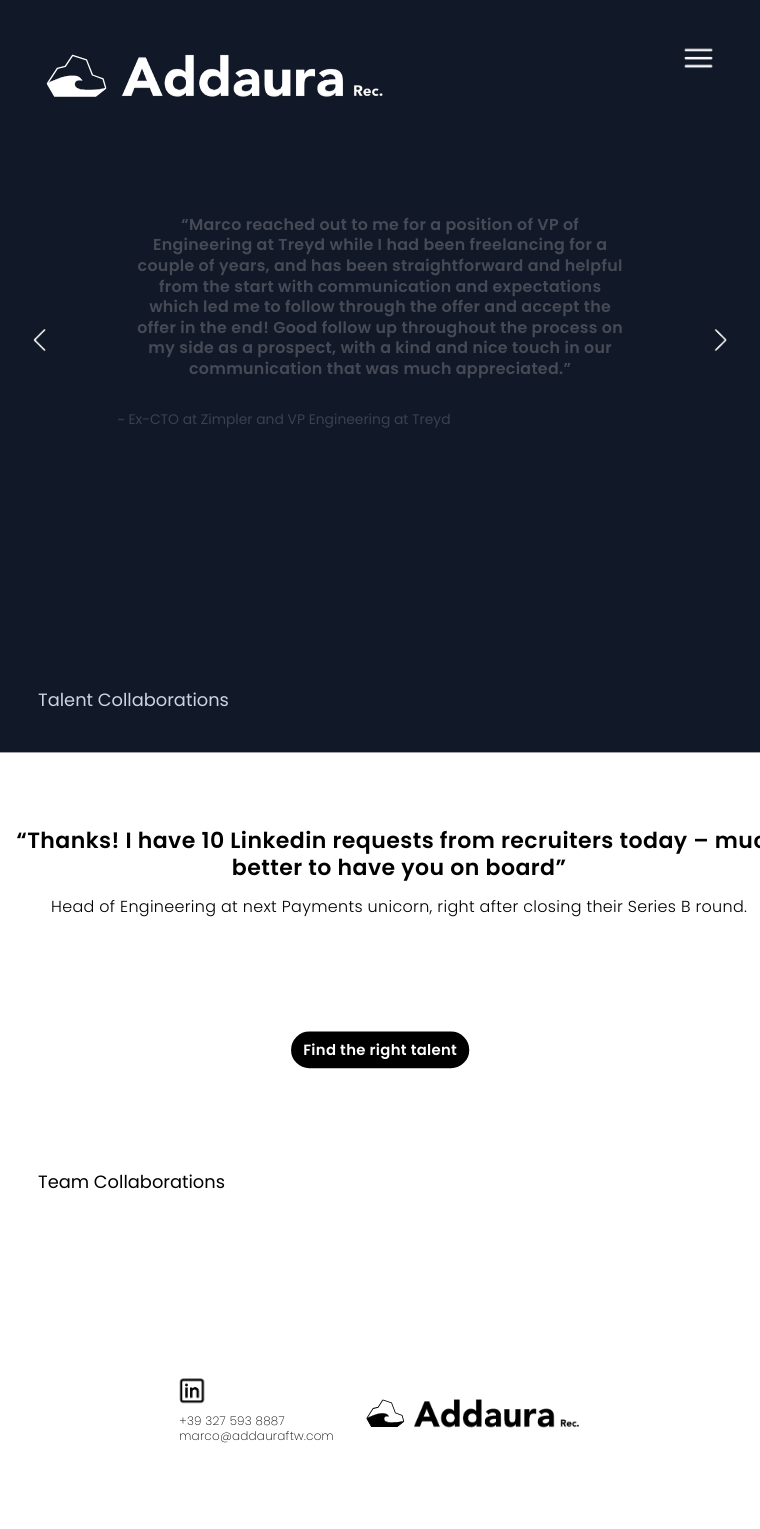
Repository: UnatPannu/Addaura-Trial
Page: public/clients.html
The author's editor kept a copy of each file at every save. The page is drawn from the files as they stood at one save, then again after the next save.
The browser window is 768 px wide. The pictures show the whole page, at 99% of full size.

Above is the page before, as saved 2025-09-22 19:41:58.

### public/clients.html
<!DOCTYPE HTML>
<html>
    <head>
        <meta charset="UTF-8">
        <meta name="viewport" content="width=device-width, initial-scale=1.0">
        <link rel="preconnect" href="https://fonts.googleapis.com">
        <link rel="preconnect" href="https://fonts.gstatic.com" crossorigin>
        <link href="https://fonts.googleapis.com/css2?family=Montserrat:ital,wght@0,100..900;1,100..900&family=Poppins:ital,wght@0,100;0,200;0,300;0,400;0,500;0,600;0,700;0,800;0,900;1,100;1,200;1,300;1,400;1,500;1,600;1,700;1,800;1,900&display=swap" rel="stylesheet">
        <link rel="stylesheet" href="styles/styles.css">
        <link rel="stylesheet" href="styles/clients.css">
        <title>Clients - Addaura Rec</title>
        <link rel="icon" href="assets/Addaura-logo/rock.svg" media="(prefers-color-scheme: light)">
        <link rel="icon" href="assets/Addaura-logo/rock-dark.svg" media="(prefers-color-scheme: dark)">
    </head>
    <body class="clients">
        <div class="top-section">
        <header>
        <nav class="navbar" role="navigation" aria-label="Main navigation">
             <a href="index.html" class="mobile-logo">
                <img src="assets/Addaura-logo/logo.svg" alt="Addaura Logo" />
            </a>
                <button class="nav-toggle" aria-label="Toggle menu">
                    <span class="menu-icon"><img src="assets/Icons/nav-toggle.png"/></span>
                    <span class="close-icon"><img src="assets/Icons/nav-cross-white.png"/></span>
                </button>
            <div class="nav-menu">
                <ul class="nav-links">
                    <li><a href="index.html"><img src="assets/Addaura-logo/logo.svg" alt="Addaura Logo" id="nav-logo"/></a></li>
                    <li><a href="about-me.html">About Me</a></li>
                    <li><a href="services.html">Services</a></li>
                    <li id="active"><a href="clients.html">Clients</a></li>
                    <li><a href="contact.html">Contact</a></li>
                    <li><a href="#">Blog</a></li>
                    <li><a href="send-cv.html" id="cv-button">Send CV</a></li>
                </ul>
            </div>
        </nav>
        </header>
        <section class="testimonials-section">
  <div class="testimonials-wrapper">
    <button class="arrow left"><img src="assets/Icons/left-arrow.svg" alt="Prev"></button>
    <div class="testimonial-2 fade">
      <p>“I've had the pleasure of engaging with Marco in his role as recruiter and find him to be a diligent, persistent and focused individual.”</p>
      <span>~ Ex-Klarna, Spotify, and Volvo Cars Engineering and Product leader</span>
    </div>
    <button class="arrow right"><img src="assets/Icons/right-arrow.svg" alt="Next"></button>
  </div>
</section>
</div>
    <div class="bottom-text">Talent Collaborations</div>
    </section>
            <div class="logo-container dark">
                <div class="testimonial-logo"><img src="assets/Client logos/profile-centevo.png" alt="Profile Centevo"/></div>
                <div class="testimonial-logo"><img src="assets/Client logos/flatpay.png" alt="Flatpay"/></div>
                <div class="testimonial-logo"><img src="assets/Client logos/ratepay.png" alt="Ratepay"/></div>
                <div class="testimonial-logo"><img src="assets/Client logos/treyd.png" alt="Treyd"/></div>
                <div class="testimonial-logo"><img src="assets/Client logos/yabie.png" alt="Yabie"/></div>
                <div class="testimonial-logo"><img src="assets/Client logos/paycomplete.png" alt="PayComplete"/></div>
            </div>
        <div class="team-section">
            <h4>“Thanks! I have 10 Linkedin requests from recruiters today – much better to have you on board”</h4>
            <p>Head of Engineering at next Payments unicorn, right after closing their Series B round.</p>
            <a href="contact.html"><button class="mobile-cta">Find the right talent</button></a>
            <div class="bottom-text">Team Collaborations</div>
        </div>

        <footer>
            <div class="contact-info">
                <div class="footer-logos">
                    <a href="http://linkedin.com/in/marco-mannino-053960225"><img src="assets/Footer/linkedin-icon.png" alt="Linkedin"/></a>
                </div>
                <p>+39 327 593 8887</p>
                <p>marco@addauraftw.com</p>
            </div>
            <img src="assets/Addaura-logo/logo-black.svg" alt="Addaura" id="Addaura-logo"/>
        </footer>
        <script src="scripts/script.js"></script>
        <script src="scripts/clients.js"></script>
    </body>
    </html>

### public/styles/clients.css
/*Top Section*/
.clients .top-section{
  background-color: #111827;
  height:95vh;
}
.testimonials-section {
  display: flex;
  flex-direction: column;
  justify-content: center;
  align-items: center;
  height: 100vh; /* full height */
  position: relative;
  padding: 20px;
  box-sizing: border-box;
}
.testimonials-wrapper {
  display: flex;
  align-items: center;
  justify-content: center;
  margin-bottom:10%;
  max-width: 900px;
  width: 100%;
  position: relative;
}
.testimonial-2 {
  max-width: 80%;
  text-align: center;
  color:white;
  padding-bottom:5%;
}
.testimonial-2 p {
  font-size: clamp(1.1rem, 1.25vw, 1.5rem); /* ≈ 24px */
  font-weight: var(--semi-bold);
  line-height: 1.5;
  margin-bottom: 5%;
}
.testimonial-2 span {
  font-size: clamp(0.8rem, 0.9vw, 1.06rem);
  color: #cbd5e1;
}
.arrow {
  background: none;
  border: none;
  padding: 0;
  cursor: pointer;
  display: flex;
  align-items: center;
}
.arrow img {
  width: 18px;    /* adjust thinness */
  height: auto;
  opacity: 0.9;
  transition: opacity 0.3s;
}
.arrow:hover img {
  opacity: 0.6;
}
.arrow.left {
  position: absolute;
  left: -50px; /* adjust for layout */
  top: 50%;
  transform: translateY(-50%);
}
.arrow.right {
  position: absolute;
  right: -50px;
  top: 50%;
  transform: translateY(-50%);
}
.fade {
  animation: fadeEffect 0.6s;
}
/*Team Collaborations*/
.team-section{
  width:100vw;
  height:50vh;
  position:relative;
  margin-top:10%;
  margin-bottom:8%;
  text-align:center;
}
.team-section p{
  font-weight:300;
}
.team-section h4,.team-section p{
  width:40%;
  margin-inline:auto;
  margin-bottom:2%;
}
.team-section .bottom-text{
  color:black;
  position:absolute;
  bottom:30px;
}
.logo-container.dark {
  overflow: auto;
  scrollbar-width: none;
  -ms-overflow-style: none;
  background-color: white;
  gap: 5%;
  padding: 2%;
  margin-left: -7%;
  margin-top:1%;
}
.logo-container.dark .testimonial-logo {
  background-color: #111827; /* switched */
}
.logo-container.dark::-webkit-scrollbar {
  display: none;
}
.bottom-text {
  position: absolute;
  left: 5%;
  bottom:10%;
  font-size: 0.75rem;
  color: #cbd5e1;
  z-index:2;
}
.mobile-cta{
  display:none;
}
@media (max-width: 1024px) {
.arrow.left {
    left: 10px;   /* keep inside */
  }
  .arrow.right {
    right: 10px;  /* keep inside */
  }
  .arrow img {
    width: 20px;  /* a bit smaller for mobile */
    padding-inline:15%;
  }
  .testimonial-2 p{
    max-width: 90%;
    margin: 0 auto;
  }
  .testimonial-2 span{
    max-width:70%;
    padding-left:5%;
  }
  .logo-container.dark img{
    width:100%;
  }
}
/*Mobile Only*/
@media(max-width:768px){
    .clients .testimonial-2 p{
    width:85%;
    font-size: clamp(16px, 1.6vw, 23px);
    display:block;
    margin-inline:auto;
    margin-bottom:5%;
  }
  .clients .testimonial-2 span{
    max-width:85%;
    font-size: clamp(14px, 1.5vw, 15px);
    display:block;
    padding-left:26px;
    text-align:justify;
  }
  .logo-container.dark{
    display:none;
  }
  .mobile-cta{
    display:block;
    border-radius:40px;
    background-color:black;
    color:white;
    padding:5px 10px;
    margin-top:15%;
    margin-inline:auto;
    border:2px solid black;
  }
  .team-section{
    width:100vw;
  }
  .team-section p, .team-section h4{
    width:105%;
  }
}

Loaded but not shown: public/scripts/script.js (87 lines, source omitted); public/scripts/clients.js (40 lines, source omitted); public/styles/styles.css (1166 lines, source omitted)

After the next save:
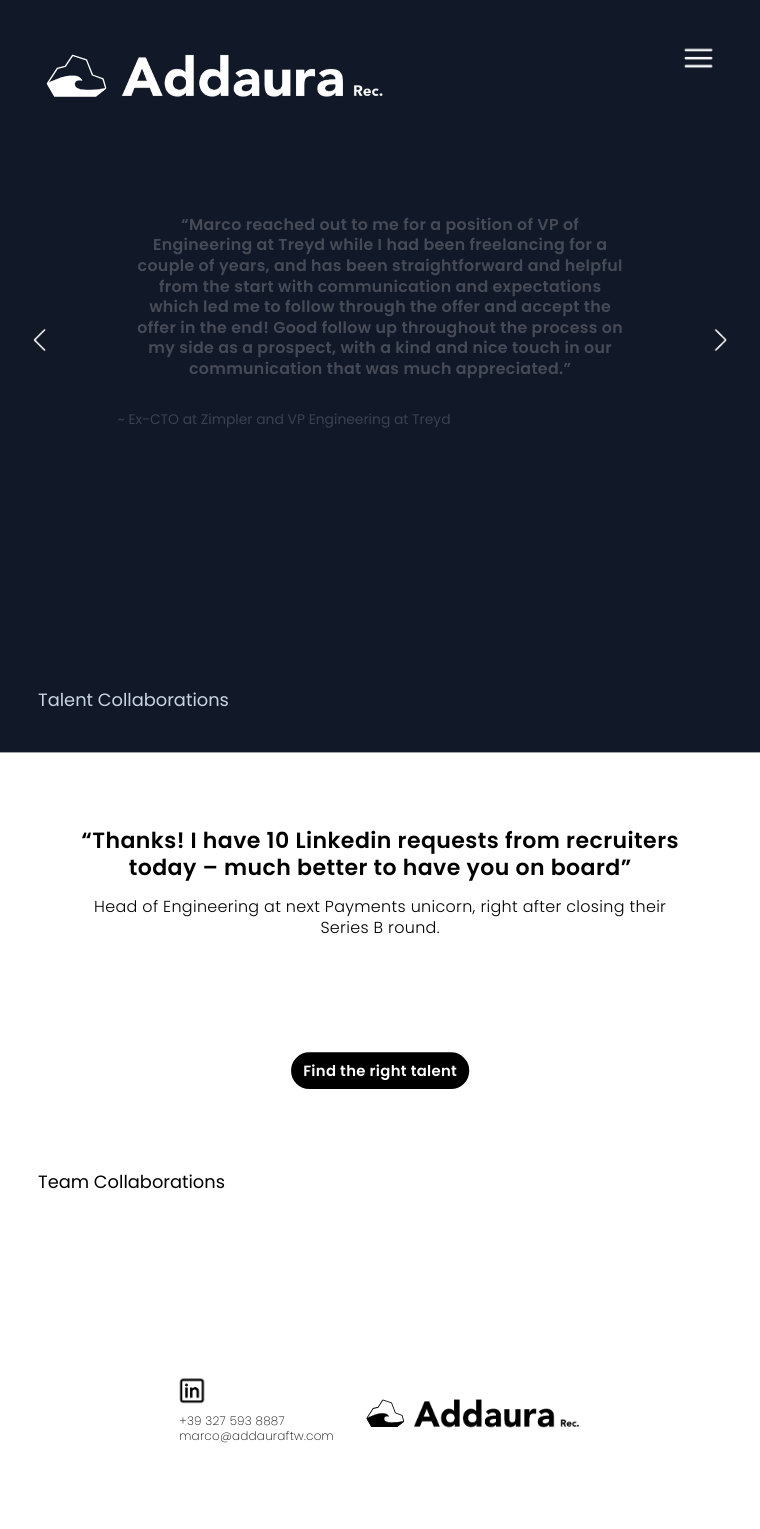
Saved 5 s later.
--- a/public/styles/clients.css
+++ b/public/styles/clients.css
@@ -175,6 +175,6 @@
     width:100vw;
   }
   .team-section p, .team-section h4{
-    width:105%;
+    width:80%;
   }
 }
